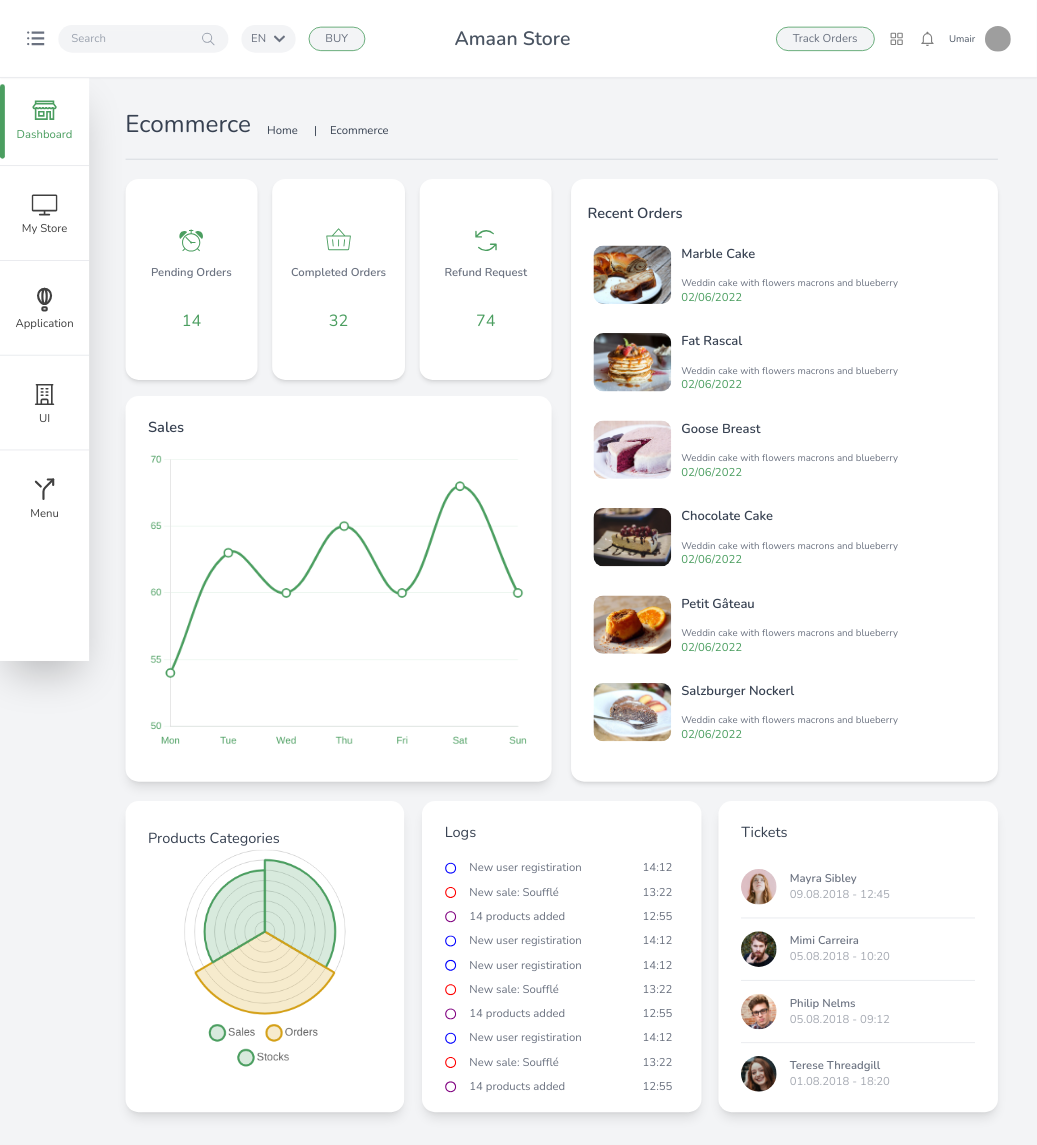
Repository: Ahsans-code/amaanstore
Page: / (app in client/)
An editor plug-in stored every save of this project. The page is shown before and after the next save, followed by the edit.
The browser window is 1280 px wide. The pictures show the whole page, at 81% of full size.
Pictures or frames that could not be fetched are drawn as grey boxes. An inner scrolling area shows only its first screen. The project was rebuilt for these pictures with package versions that can differ from the ones it lists, and the page was loaded fresh each time. Also part of the build but not shown: client/vite.config.js, client/src/pages/Mystore.jsx, client/src/pages/Application.jsx, client/src/pages/UI.jsx, client/src/pages/Menu.jsx.

Above is the page before, as saved 2024-11-06 00:05:49.

### client/src/main.jsx
import { StrictMode } from 'react'
import { createRoot } from 'react-dom/client'
import './index.css'
import App from './App.jsx'
import {
  createBrowserRouter,
  RouterProvider,
} from "react-router-dom";
import Home from './pages/Home.jsx';
import Mystore from './pages/Mystore.jsx';
import Application from './pages/Application.jsx';
import UI from './pages/UI.jsx';
import Menu from './pages/Menu.jsx';

const router = createBrowserRouter([
  {
    path: "/",
    element: <App />,
    children: [{
      path: "/",
      element: <Home />,
    },
    {
      path: "/Dashboard",
      element: <Home />,
    },
    {
      path:'/My Store',
      element:<Mystore/>
    },
    {
      path:'Application',
      element:<Application/>
    },
    {
      path:'/UI',
      element:<UI/>
    }
    ,
    {
      path:'/Menu',
      element:<Menu/>
    }
    ]
  },
]);

createRoot(document.getElementById('root')).render(
  <StrictMode>
    <RouterProvider router={router} />
  </StrictMode>,
)

### client/src/App.jsx
import { useState } from "react";
import { Routes, BrowserRouter as Router, Route, Outlet } from "react-router-dom";
import './App.css'
// import Dashboard from "./pages/dashboard/dashboard";
import Header from "./components/Header";
// import Signup from "./pages/auth/Signup";
// import SignIn from "./pages/auth/Signin";
// import Stores from "./pages/stores/Stores";
// import CreateNewStore from "./pages/stores/CreateNewStore";
// import AllOrders from "./pages/orders/AllOrders";
import Sidebar from "./components/Sidebar";


// const routes = [
// 	{ path: "/", element: <Home /> },
// 	{ path: "/dashboard", element: <Dashboard /> },
// 	{ path: "/signup", element: <Signup /> },
// 	{ path: "/signin", element: <SignIn /> },
// 	{ path: "/stores", element: <Stores /> },
// 	{ path: "/create-new-store", element: <CreateNewStore /> },
// 	{ path: "/orders", element: <AllOrders /> },
// 	{ path: "/order-details/:id", element: <OrderDetails /> },
// ];

const App = () => {
	const [sidebarOpen, setSidebarOpen] = useState(true);

	const toggleSidebar = () => {
		setSidebarOpen(!sidebarOpen);
	};

	return (
		<div className="">
			<Header toggleSidebar={toggleSidebar} />
			<div
				className={`flex transition-all duration-300 ${sidebarOpen ? "w-full md:w-11/12 " : "w-full"
					} absolute right-0 pt-24 `}
			>
				<Outlet />

			</div>
			<Sidebar sidebarOpen={sidebarOpen} />

		</div>

	);
};

export default App;

### client/src/App.css

@import url('https://fonts.googleapis.com/css2?family=Inter:ital,opsz,wght@0,14..32,100..900;1,14..32,100..900&family=Nunito:ital,wght@0,200..1000;1,200..1000&display=swap');
*{
      font-family: "Nunito", sans-serif;
}
.custom-scrollbar {
    overflow-y: scroll;
    /* height: 200px; Example height */


}
.custom-scrollbar::-webkit-scrollbar-thumb {
    background: transparent;
    border-radius: 100%;

}
.custom-scrollbar:hover::-webkit-scrollbar-thumb{
    background-color: #cccccc8f;
}

.custom-scrollbar::-webkit-scrollbar {
    width: 4px;

}

.custom-scrollbar::-webkit-scrollbar-track {
    background: transparent;
}

.custom-scrollbar::-webkit-scrollbar-thumb {
    background: transparent;
    border-radius: 5px;

}

.custom-scrollbar::-webkit-scrollbar-thumb:hover {
    background: #ccc;
}

### client/src/components/Header.jsx
import { useState } from "react";
import { MdOutlineSettings } from "react-icons/md";
import { PiSquaresFour } from "react-icons/pi";
import { IoMdNotificationsOutline } from "react-icons/io";
import { IoMoonOutline } from "react-icons/io5";
import { GoSearch } from "react-icons/go";
import { TfiMenuAlt } from "react-icons/tfi";
import { Link } from "react-router-dom";
import { AiOutlineFullscreen } from "react-icons/ai";
import { FaChevronDown } from 'react-icons/fa';
import Button from "./Button";

const Header = ({ toggleSidebar }) => {
	// State to toggle between search input and full header
	const [showSearchInput, setShowSearchInput] = useState(false);

	const IconWrapper = ({ Icon, size }) => (
		<Icon
			size={size}
			style={{ color: "#808080", transition: "color 0.3s" }}
			onMouseEnter={(e) => (e.currentTarget.style.color = "#4B9E60")}
			onMouseLeave={(e) => (e.currentTarget.style.color = "#808080")}
		/>
	);

	const [selected, setSelected] = useState('EN');
	const [isOpen, setIsOpen] = useState(false);

	const options = [
		{ value: 'EN', label: 'English' },
		{ value: 'AR', label: 'Arabic' },
		{ value: 'TR', label: 'Turkish' }
	];

	const toggleDropdown = () => setIsOpen(!isOpen);
	const handleSelect = (option) => {
		setSelected(option.value);
		setIsOpen(false);
	}

	return (
		<div className='h-24 fixed z-[50] w-full bg-white text-gray-600  md:p-6 lg:p-8 shadow-sm border-b flex items-center justify-between px-3'>
			{/* Conditionally render only the search input on small and medium screens */}
			{showSearchInput ?
				<div className='flex items-center w-full rounded-full py-2 px-3'>
					<input
						type='text'
						placeholder='Search'
						className='outline-none text-sm w-full bg-transparent'
					/>
					<GoSearch
						size={24}
						className='text-gray-400 cursor-pointer'
						onClick={() => setShowSearchInput(false)}
					/>
				</div>
				: (
					<>
						<div className='flex gap-3 md:gap-3 lg:gap-4 items-center'>
							<TfiMenuAlt
								size={24}

								onClick={toggleSidebar}
								className='cursor-pointer text-gray-500 text-lg md:text-xl lg:text-2xl'
							/>
							{/* Search icon for small and medium screens */}
							<GoSearch
								size={24}
								className='text-gray-400 cursor-pointer md:hidden'
								onClick={() => setShowSearchInput(true)}
							/>
							{/* Search input for larger screens */}
							<div className='hidden md:flex items-center rounded-full py-[7px] px-4 bg-gray-100'>
								<input
									type='text'
									placeholder='Search'
									className='outline-none text-xs md:text-sm bg-transparent md:bg-gray-100 w-28 md:w-32 lg:w-40'
								/>
								<GoSearch size={18} className='text-gray-400' />
							</div>
							<div className="relative inline-block w-fit">
								<button
									onClick={toggleDropdown}
									className="appearance-none bg-gray-100 rounded-full py-[7px] px-3 text-xs md:text-sm text-gray-500 w-full flex justify-between items-center"
								>
									<span className="pr-2">{selected}</span>
									<FaChevronDown className={`w-4 h-4  text-gray-500 transition-transform ${isOpen ? 'rotate-180' : ''}`} />
								</button>
								{isOpen && (
									<div className="absolute mt-2 w-44 bg-white border rounded-lg shadow-lg z-10">
										{options.map((option) => (
											<div
												key={option.value}
												onClick={() => handleSelect(option)}
												className="px-4 py-2 hover:bg-gray-100 cursor-pointer text-sm"
											>
												{option.label}
											</div>
										))}
									</div>
								)}
							</div>
							<Button className={'max-lg:hidden'} text={'BUY'}/>
						</div>
						<Link
							to={"/"}
							className=' max-sm:hidden font-semibold text-lg md:text-xl lg:text-2xl text-gray-600 text-center xl:-translate-x-1/2'
						>
							Amaan Store
						</Link>
						<ul className='flex gap-3 md:gap-4 items-center justify-self-end'>
							<Button className={'max-md:hidden'} text={"Track Orders"}/>
							<li className="cursor-pointer max-md:hidden">
								<IconWrapper Icon={PiSquaresFour} size={22} />
							</li>
							<li className="cursor-pointer">
								<IconWrapper Icon={IoMdNotificationsOutline} size={22} />
							</li>

							{/* Text is hidden on small and medium screens */}

							<li className='flex gap-3 justify-between items-center cursor-pointer'>
							<p className='hidden lg:block text-xs'>Umair</p>
								<img
									src='https://cdn.pixabay.com/photo/2015/10/05/22/37/blank-profile-picture-973460_1280.png'
									alt='profile image'
									className='h-8 w-8 rounded-full'
								/>
							</li>
						</ul>
					</>
				)}
		</div>
	);
};

export default Header;

### client/src/components/Sidebar.jsx
import { useState } from "react";
import { SlScreenDesktop } from "react-icons/sl";
import { LiaStoreAltSolid } from "react-icons/lia";
import { TbAirBalloon } from "react-icons/tb";
import { HiOutlineBuildingOffice } from "react-icons/hi2";
import { TbArrowBearRight2 } from "react-icons/tb";

import { useNavigate } from "react-router-dom";

const Sidebar = ({ sidebarOpen }) => {
  const [activeIndex, setActiveIndex] = useState(0);

  const menuItems = [
    { icon: LiaStoreAltSolid, label: "Dashboard" },
    { icon: SlScreenDesktop, label: "My Store" },
    { icon: TbAirBalloon, label: "Application" },
    { icon: HiOutlineBuildingOffice, label: "UI" },
    { icon: TbArrowBearRight2, label: "Menu" },
  ];

  const navigate = useNavigate();
  const handleNavigation = (label) => {
    navigate(`${label}`);
  };

  return (
    <div
      className={`fixed top-24 pb-24 left-0 h-screen bg-white text-sm transition-transform duration-300 ease-in-out shadow-2xl custom-scrollbar
        ${sidebarOpen ? "translate-x-0" : "-translate-x-full"}
        w-[100px] md:w-[110px]`}
      style={{ fontFamily: "'Roboto', sans-serif" }}
    >
      <div>
        <ul className="space-y-2">
          {menuItems.map((item, index) => {
            const Icon = item.icon;
            const isActive = activeIndex === index;

            return (
              <li
                key={index}
                onClick={() => {
                  handleNavigation(item.label);
                  setActiveIndex(index);
                }}
                className={`menuItem flex flex-col py-6 items-center cursor-pointer border-b-[1px] border-gray-200 relative last:border-0
                  ${isActive
                    ? "text-[#4B9E60] before:content-[''] before:absolute before:left-0 before:top-2 before:bottom-2 before:w-[6px] before:bg-[#4B9E60] before:rounded-full"
                    : "text-[#404040]"}
                `}
                style={{ fontWeight: 300 }}
              >
                <Icon size={32} />
                <p className="py-1" style={{ fontWeight: 300 }}>
                  {item.label}
                </p>
              </li>
            );
          })}
        </ul>
      </div>
    </div>
  );
};

export default Sidebar;

### client/src/components/Heading.jsx
import React from 'react'

export default function Heading({title,sub1,sub2,sub3,sub4}) {
    return (
        <div className=''>
            <div className='border-b-[1px] text-gray-700 border-gray-300 flex gap-5 pb-6  items-end '>

                <h1 className='text-3xl'>{title}</h1>
                <p className='text-sm'>{sub1} </p>
                <p  className='text-sm'>{sub2&&<span className='pr-4'>|</span>}{sub2} </p>
                <p className='text-sm'>{sub3&&<span className='pr-4'>|</span>}{sub3} </p>
                <p className='text-sm'>{sub4&&<span className='pr-4'>|</span>}{sub4}</p>
            </div>
        </div>
    )
}

### client/src/components/Logs.jsx
import React from 'react'
import { FaRegCircle } from "react-icons/fa";
export default function Logs() {
    const logsData = [
        {
            log: 'New user registiration',
            date: '14:12',
            color: 'blue'
        },
        {
            log: 'New sale: Soufflé',
            date: '13:22',
            color: 'red'
        },
        {
            log: '14 products added',
            date: '12:55',
            color: 'purple'
        },
        {
            log: 'New user registiration',
            date: '14:12',
            color: 'blue'
        },
        {
            log: 'New user registiration',
            date: '14:12',
            color: 'blue'
        },
        {
            log: 'New sale: Soufflé',
            date: '13:22',
            color: 'red'
        },
        {
            log: '14 products added',
            date: '12:55',
            color: 'purple'
        },
        {
            log: 'New user registiration',
            date: '14:12',
            color: 'blue'
        },
        {
            log: 'New sale: Soufflé',
            date: '13:22',
            color: 'red'
        },
        {
            log: '14 products added',
            date: '12:55',
            color: 'purple'
        },
        {
            log: 'New user registiration',
            date: '14:12',
            color: 'blue'
        },
        {
            log: 'New sale: Soufflé',
            date: '13:22',
            color: 'red'
        },
        {
            log: '14 products added',
            date: '12:55',
            color: 'purple'
        },
    ]
    return (
        <div className="bg-white rounded-2xl px-7 py-2 h-96 w-full shadow-lg overflow-hidden  ">
            <h2 className='py-4 text-lg'>Logs</h2>

            <div className='custom-scrollbar h-[80%] '>
                {logsData.map((log, idx) => (
                    <div key={idx} className='flex items-center py-[5px] text-sm w-full  justify-between text-gray-500'>
                        <div className='flex items-center'>
                            <FaRegCircle color={log.color} className=' justify-start ' />
                            <p className='justify-start pl-4'>{log.log}</p>
                        </div>
                        <p className='pr-2'>{log.date}</p>
                    </div>
                ))
                }
            </div>

        </div>
    )
}

### client/src/components/Ticket.jsx
import React from 'react'
import { FaRegCircle } from "react-icons/fa";
import p1 from '../images/p1.jpg'
import p2 from '../images/p2.jpg'
import p5 from '../images/p5.jpg'
import p3 from '../images/p3.jpg'
import p4 from '../images/p4.jpg'
export default function Ticket() {

    const ticketsData = [
        {
            image: p1,
            name: 'Mayra Sibley',
            date: '09.08.2018 - 12:45'
        },
        {
            image: p2,
            name: 'Mimi Carreira',
            date: '05.08.2018 - 10:20'
        },
        {
            image: p3,
            name: 'Philip Nelms',
            date: '05.08.2018 - 09:12'
        },
        {
            image: p4,
            name: 'Terese Threadgill',
            date: '01.08.2018 - 18:20'
        },
        {
            image: p5,
            name: 'Kathryn Mengel',
            date: '27.07.2018 - 11:45'
        },
        {
            image: p1,
            name: 'Mayra Sibley',
            date: '09.08.2018 - 12:45'
        },
        {
            image: p2,
            name: 'Mimi Carreira',
            date: '05.08.2018 - 10:20'
        },
        {
            image: p3,
            name: 'Philip Nelms',
            date: '05.08.2018 - 09:12'
        },
        {
            image: p4,
            name: 'Terese Threadgill',
            date: '01.08.2018 - 18:20'
        },
        {
            image: p5,
            name: 'Kathryn Mengel',
            date: '27.07.2018 - 11:45'
        },
    ]
    return (
        <div className="bg-white rounded-2xl px-7 py-2 h-96 w-full shadow-lg overflow-hidden  ">
            <h2 className='py-4 text-lg'>Tickets</h2>

            <div className='custom-scrollbar h-[80%] '>
                {ticketsData.map((ticket, idx) => (
                    <div key={idx} className='flex items-center py-4 border-b-[1px] text-sm w-full  text-gray-500'>
                        <img src={ticket.image} alt="" className='w-11 rounded-full ' />
                        <div className='flex flex-col justify-between pl-4'>
                            <p className='font-semibold'>{ticket.name}</p>
                            <p className='opacity-60'>{ticket.date}</p>
                        </div>

                    </div>
                ))
                }
            </div>

        </div>
    )
}

### client/src/components/PolarAreaChart.jsx
import React from 'react';
import { PolarArea } from 'react-chartjs-2';
import { Chart as ChartJS, RadialLinearScale, ArcElement, Tooltip, Legend } from 'chart.js';

ChartJS.register(RadialLinearScale, ArcElement, Tooltip, Legend);

function PolarAreaChart() {
    const data = {
        labels: ['Sales', 'Orders', 'Stocks'],
        datasets: [
            {
                label: 'My Dataset',
                data: [7, 8, 6], // Example data
                backgroundColor: [
                    '#4b9e6037',
                    '#D4A01737',
                    '#4b9e6037',
                ],
                borderColor: [
                    '#4B9E60',
                    '#D4A017',
                    '#4B9E60',
                ],
                borderWidth: 3,
            },
        ],
    };

    const options = {
        responsive: true,
        maintainAspectRatio: false,
        plugins: {
            legend: {
                position: 'bottom',
                labels: {
                    usePointStyle: true,
                    pointStyle: 'circle',
                    padding: 20,
                    font: {
                        size: 16,
                    },
                },
            },
        },
        scales: {
            r: {
                grid: {
                    color: 'rgba(0, 0, 0, 0.2)',
                },
                ticks: {
                    display: false,
                },
            },
        },
    };

    return (
        <div className="bg-white rounded-2xl px-5 sm:px-7 py-4 h-[60vh] md:h-96 w-full shadow-lg">
            <h2 className="text-center md:text-left py-4 text-lg">Products Categories</h2>
            <div className="relative h-[50vh] md:h-[calc(100%-2rem)]">
                <PolarArea className="p-2 md:p-6 -translate-y-6 md:-translate-y-10" data={data} options={options} />
            </div>
        </div>
    );
}

export default PolarAreaChart;

### client/src/components/SalesChart.jsx
import React from 'react';
import { Line } from 'react-chartjs-2';
import { Chart as ChartJS, LineElement, CategoryScale, LinearScale, PointElement, Tooltip, Legend } from 'chart.js';

ChartJS.register(LineElement, CategoryScale, LinearScale, PointElement, Tooltip, Legend);

function SalesChart() {
    const data = {
        labels: ['Mon', 'Tue', 'Wed', 'Thu', 'Fri', 'Sat', 'Sun'],
        datasets: [
            {
                label: 'Weekly Data',
                data: [54, 63, 60, 65, 60, 68, 60], // Example data points
                borderColor: '#4B9E60',
                backgroundColor: 'rgba(75, 158, 96, 0.2)', // Light green for the area under the line
                borderWidth: 3,
                tension: 0.4, // Smooth curve
                pointBackgroundColor: '#fff',
                pointBorderColor: '#4B9E60',
                pointBorderWidth: 2,
                pointRadius: 5,
                fill: true, // Fills the area under the line
            },
        ],
    };

    const options = {
        responsive: true,
        maintainAspectRatio: false,
        plugins: {
            legend: {
                display: false,

                labels: {
                    color: '#4B9E60', // Label color
                    font: {
                        size: 14,
                    },
                },
            },
        },
        scales: {
            x: {
                grid: {
                    display: false, // Removes the grid lines from the x-axis
                },
                ticks: {

                    color: '#4B9E60', // Tick color
                },
            },
            y: {
                max: 70, // Maximum value of y-axis
                min: 50,
                beginAtZero: false,

                ticks: {
                    stepSize: 5, // Steps of 5
                    color: '#4B9E60',
                },
                grid: {
                    color: 'rgba(75, 158, 96, 0.1)', // Light green grid lines
                },
            },
        },
    };

    return (
        <div className='bg-white rounded-2xl px-7 py-2 shadow-lg h-full custom-scrollbar '>
            <h2 className='py-4 text-lg font-semibold'>Sales</h2>
            <div className='h-[80%]'>
                <Line data={data} options={options} />
            </div>
        </div>
    );
}

export default SalesChart;

### client/src/components/Button.jsx
import React from 'react'

export default function Button({text,className}) {
    return (
        <button className={`${className} bg-gray-100 rounded-full py-1 px-5 text-xs md:text-sm text-gray-500 border border-[#4B9E60] hover:bg-[#4B9E60] hover:text-white transition-all duration-200`}>
            {text}
        </button>
    )
}

Loaded but not shown: client/index.html (common file); client/src/index.css (common file); client/tailwind.config.js (common file); client/src/pages/Home.jsx (176 lines, source omitted)

After the next save:
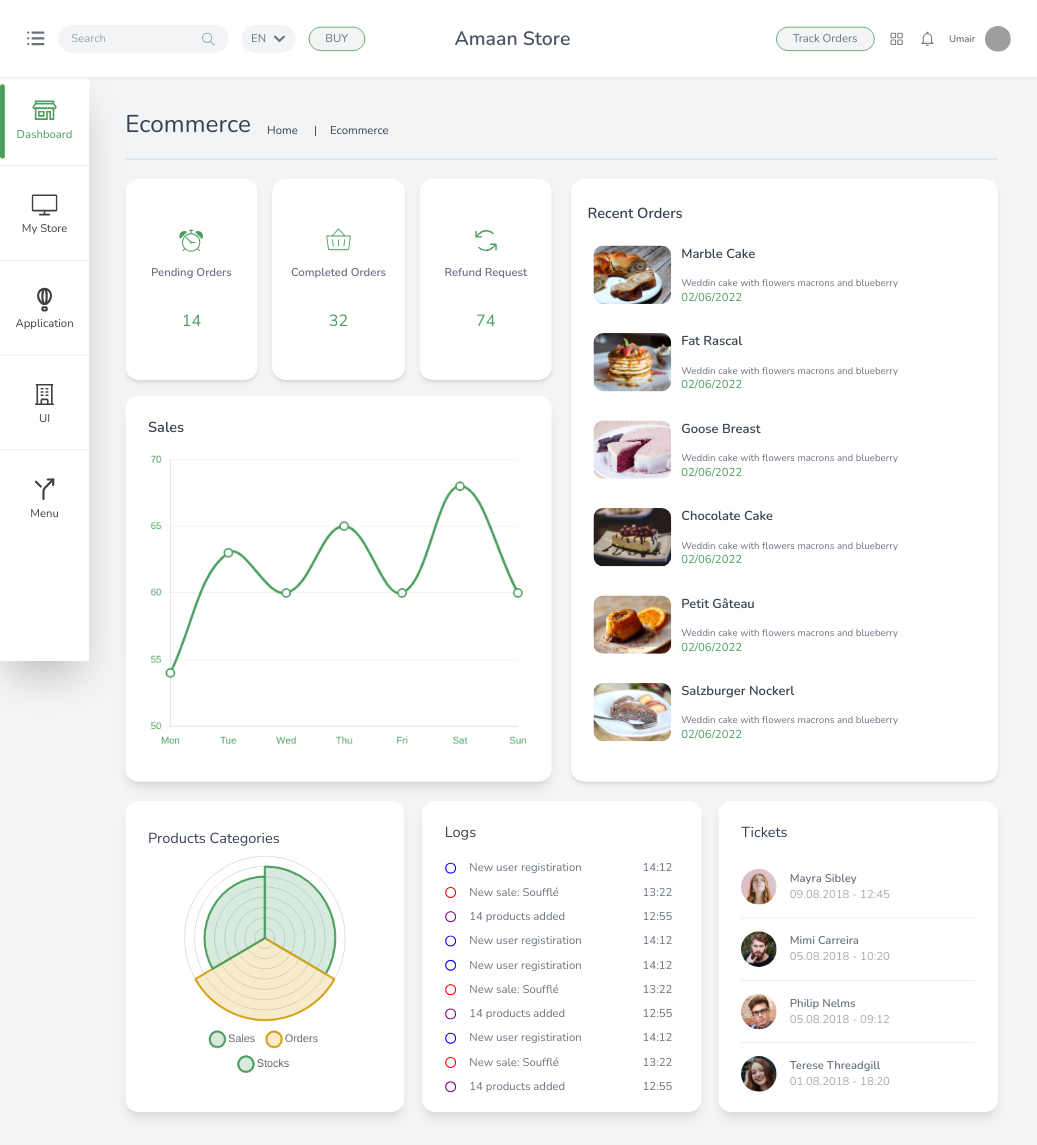
Saved 28 s later.
--- a/client/src/components/PolarAreaChart.jsx
+++ b/client/src/components/PolarAreaChart.jsx
@@ -58,7 +58,7 @@ function PolarAreaChart() {
         <div className="bg-white rounded-2xl px-5 sm:px-7 py-4 h-[60vh] md:h-96 w-full shadow-lg">
             <h2 className="text-center md:text-left py-4 text-lg">Products Categories</h2>
             <div className="relative h-[50vh] md:h-[calc(100%-2rem)]">
-                <PolarArea className="p-2 md:p-6 -translate-y-6 md:-translate-y-10" data={data} options={options} />
+                <PolarArea className="p-2 md:p-6 -translate-y-6 md:-translate-y-8" data={data} options={options} />
             </div>
         </div>
     );
